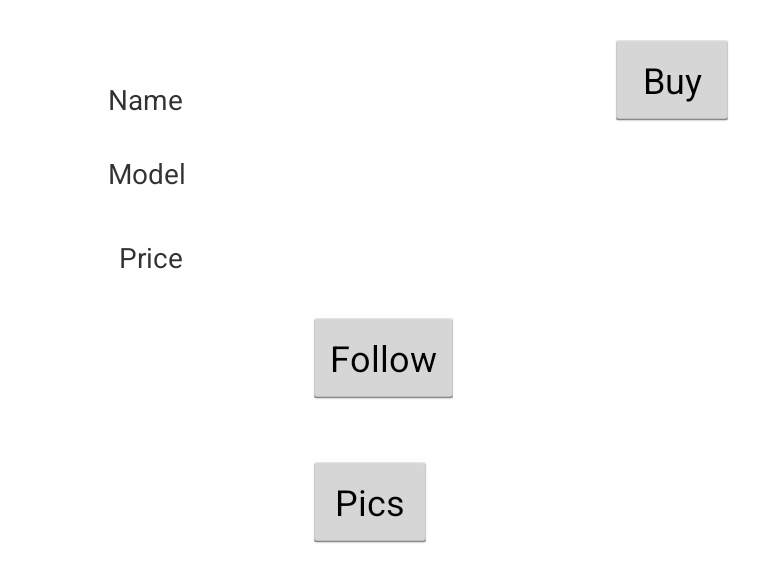
Repository: mouryaravi/hackathon-2013
Layout: AdMon/res/layout/activity_details.xml
These files come from the project's save history. The layout is drawn as it stood at one moment and after the next save; the edit follows.
The pictures show rows 0 to 568 of an output 1280 px tall.
Pictures or frames that could not be fetched are drawn as grey boxes. It is drawn on a 768 x 1280 px phone screen (xhdpi) without system bars, with theme AppTheme; the app's code is not run.

Above is the layout before, as saved 2013-10-26 10:10:35.

### AdMon/res/layout/activity_details.xml
<RelativeLayout xmlns:android="http://schemas.android.com/apk/res/android"
    xmlns:tools="http://schemas.android.com/tools"
    android:layout_width="match_parent"
    android:layout_height="match_parent"
    android:paddingBottom="@dimen/activity_vertical_margin"
    android:paddingLeft="@dimen/activity_horizontal_margin"
    android:paddingRight="@dimen/activity_horizontal_margin"
    android:paddingTop="@dimen/activity_vertical_margin"
    tools:context=".DetailsActivity" >

    <TextView
        android:id="@+id/details_text_name"
        android:layout_width="wrap_content"
        android:layout_height="wrap_content"
        android:layout_alignParentLeft="true"
        android:layout_alignParentTop="true"
        android:layout_marginLeft="38dp"
        android:layout_marginTop="24dp"
        android:text="@string/details_text_name" />

    <TextView
        android:id="@+id/details_text_model"
        android:layout_width="wrap_content"
        android:layout_height="wrap_content"
        android:layout_alignLeft="@+id/details_text_name"
        android:layout_below="@+id/details_text_name"
        android:layout_marginTop="18dp"
        android:text="@string/details_text_model" />

    <TextView
        android:id="@+id/details_text_price"
        android:layout_width="wrap_content"
        android:layout_height="wrap_content"
        android:layout_alignRight="@+id/details_text_name"
        android:layout_below="@+id/details_text_model"
        android:layout_marginTop="23dp"
        android:text="@string/details_text_price1" />

    <VideoView
        android:id="@+id/videoView1"
        android:layout_width="wrap_content"
        android:layout_height="wrap_content"
        android:layout_alignLeft="@+id/details_text_model"
        android:layout_below="@+id/details_text_price"
        android:layout_marginTop="146dp" />

    <Button
        android:id="@+id/details_button_buy"
        android:layout_width="wrap_content"
        android:layout_height="wrap_content"
        android:layout_alignParentTop="true"
        android:layout_alignRight="@+id/videoView1"
        android:text="@string/details_button_buy" />

    <Button
        android:id="@+id/details_button_follow"
        android:layout_width="wrap_content"
        android:layout_height="wrap_content"
        android:layout_below="@+id/details_text_price"
        android:layout_centerHorizontal="true"
        android:layout_marginTop="17dp"
        android:text="@string/details_button_follow" />

    <Button
        android:id="@+id/details_button_pics"
        android:layout_width="wrap_content"
        android:layout_height="wrap_content"
        android:layout_alignLeft="@+id/details_button_follow"
        android:layout_below="@+id/details_button_follow"
        android:layout_marginTop="24dp"
        android:text="@string/details_button_pic" />

</RelativeLayout>

### AdMon/res/values/strings.xml
<?xml version="1.0" encoding="utf-8"?>
<resources>

    <string name="app_name">admon</string>
    <string name="action_settings">Settings</string>
    <string name="hello_world">Hello world!</string>
    <string name="main_text_enterid">Enter ID Code</string>
    <string name="main_button_submit">Submit</string>
    <string name="title_activity_details">DetailsActivity</string>
    <string name="details_text_name">Name</string>
    <string name="details_text_price">Rs. 0</string>
    <string name="details_text_model">Model</string>
    <string name="details_text_price1">Price</string>
    <string name="details_button_buy">Buy</string>
    <string name="details_button_follow">Follow</string>
    <string name="details_button_pic">Pics</string>

</resources>

Loaded but not shown: AdMon/res/values/styles.xml (common file); AdMon/res/values-v11/styles.xml (common file); AdMon/res/values-v14/styles.xml (common file); AdMon/res/values/dimens.xml (common file)

After the next save:
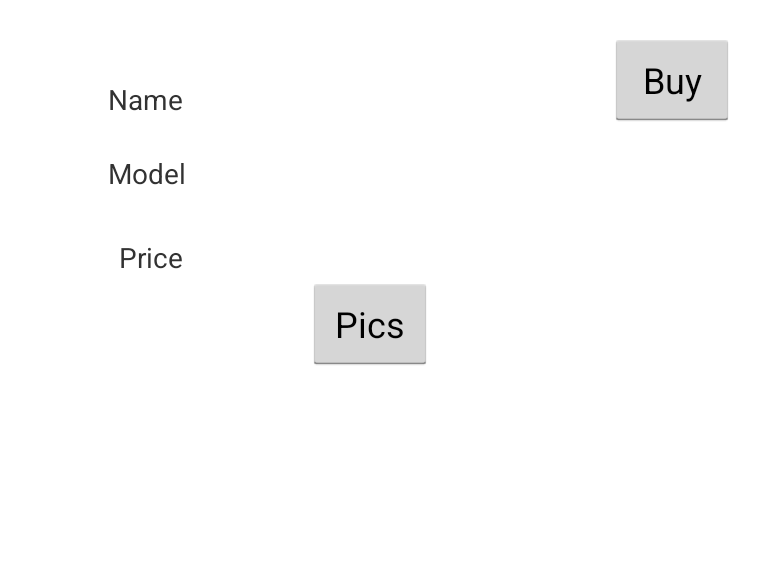
Saved 3 min 27 s later.
--- a/AdMon/res/layout/activity_details.xml
+++ b/AdMon/res/layout/activity_details.xml
@@ -56,9 +56,8 @@
         android:id="@+id/details_button_follow"
         android:layout_width="wrap_content"
         android:layout_height="wrap_content"
-        android:layout_below="@+id/details_text_price"
         android:layout_centerHorizontal="true"
-        android:layout_marginTop="17dp"
+        android:layout_centerVertical="true"
         android:text="@string/details_button_follow" />
 
     <Button
@@ -66,8 +65,7 @@
         android:layout_width="wrap_content"
         android:layout_height="wrap_content"
         android:layout_alignLeft="@+id/details_button_follow"
-        android:layout_below="@+id/details_button_follow"
-        android:layout_marginTop="24dp"
+        android:layout_below="@+id/details_text_price"
         android:text="@string/details_button_pic" />
 
 </RelativeLayout>
